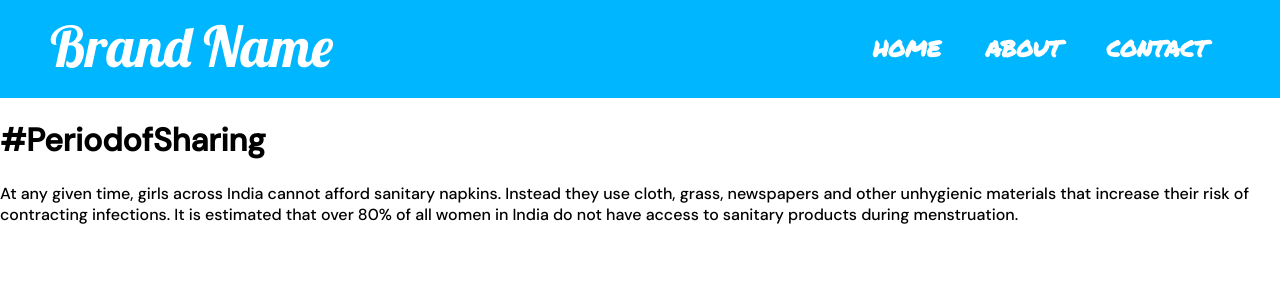
Repository: Jrap-bit/PeriodofSharing
Page: index.html
The author's editor kept a copy of each file at every save. The page is drawn from the files as they stood at one save, then again after the next save.
The browser window is 1280 px wide. The pictures show the whole page.

Above is the page before, as saved 2022-01-13 23:46:00.

After the next save:
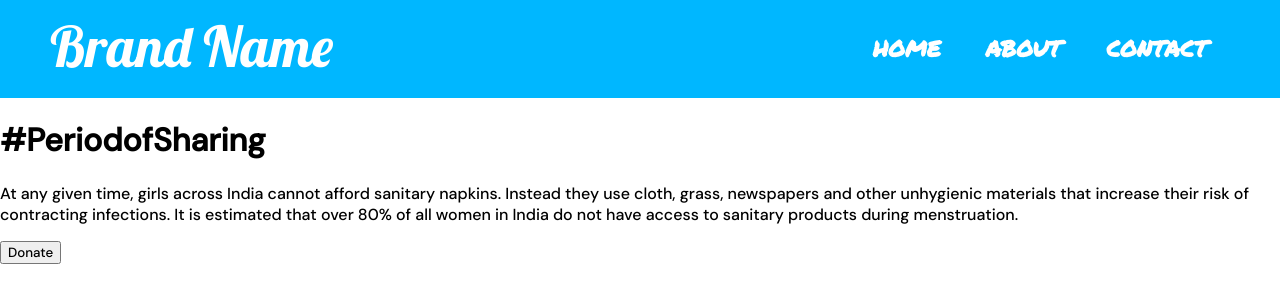
Saved 50 s later.
--- a/index.html
+++ b/index.html
@@ -32,6 +32,9 @@
         over 80% of all women in India do not have access to sanitary products
         during menstruation.
       </p>
+      <div class = "donate-button">
+          <button>Donate</button>
+      </div>
     </div>
   </body>
 </html>
